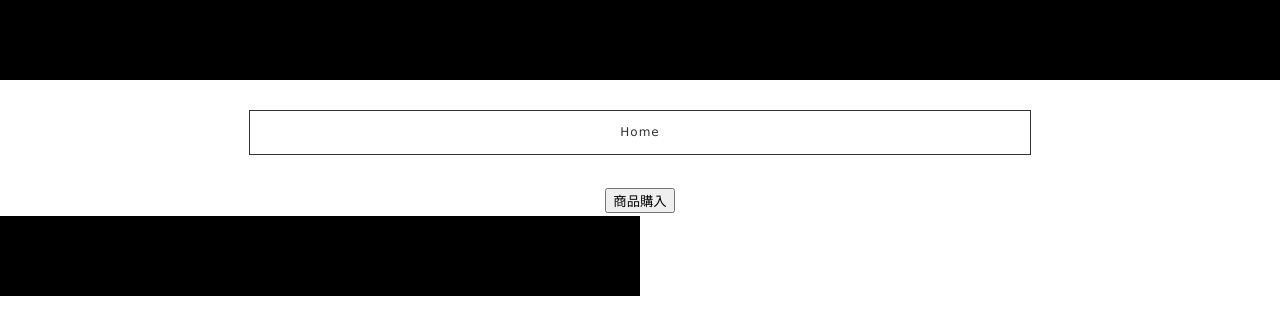
Repository: kazuki000/test
Page: http://localhost/ecsite/
An editor plug-in stored every save of this project. The page is shown before and after the next save, followed by the edit.
The browser window is 1280 px wide. The pictures show the whole page.
The page is served by Tomcat 9.

Above is the page before, as saved 2019-04-03 08:43:02.

After the next save:
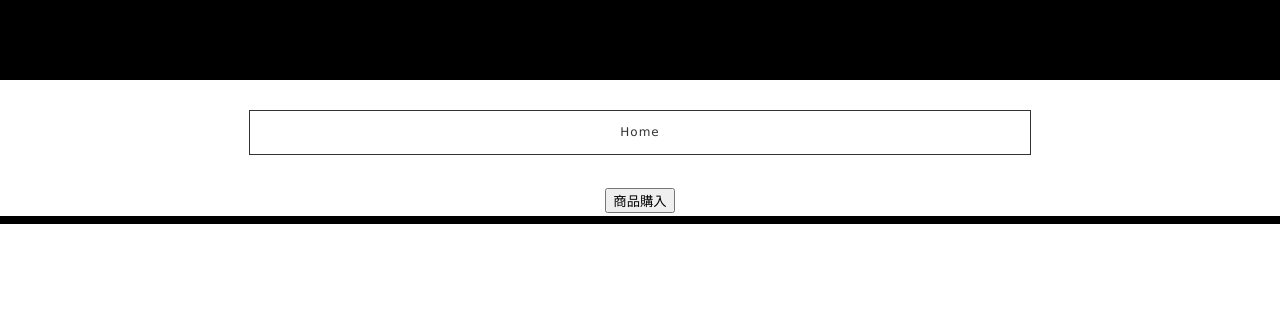
Saved 13 s later.
--- a/ecsite/WebContent/home.jsp
+++ b/ecsite/WebContent/home.jsp
@@ -44,8 +44,8 @@
               text-align:center;
              }
              #footer{
-              width:50%;
-              height:80px;
+              width:100%;
+              height:8px;
               background-color:black;
               clear:both;
              }
